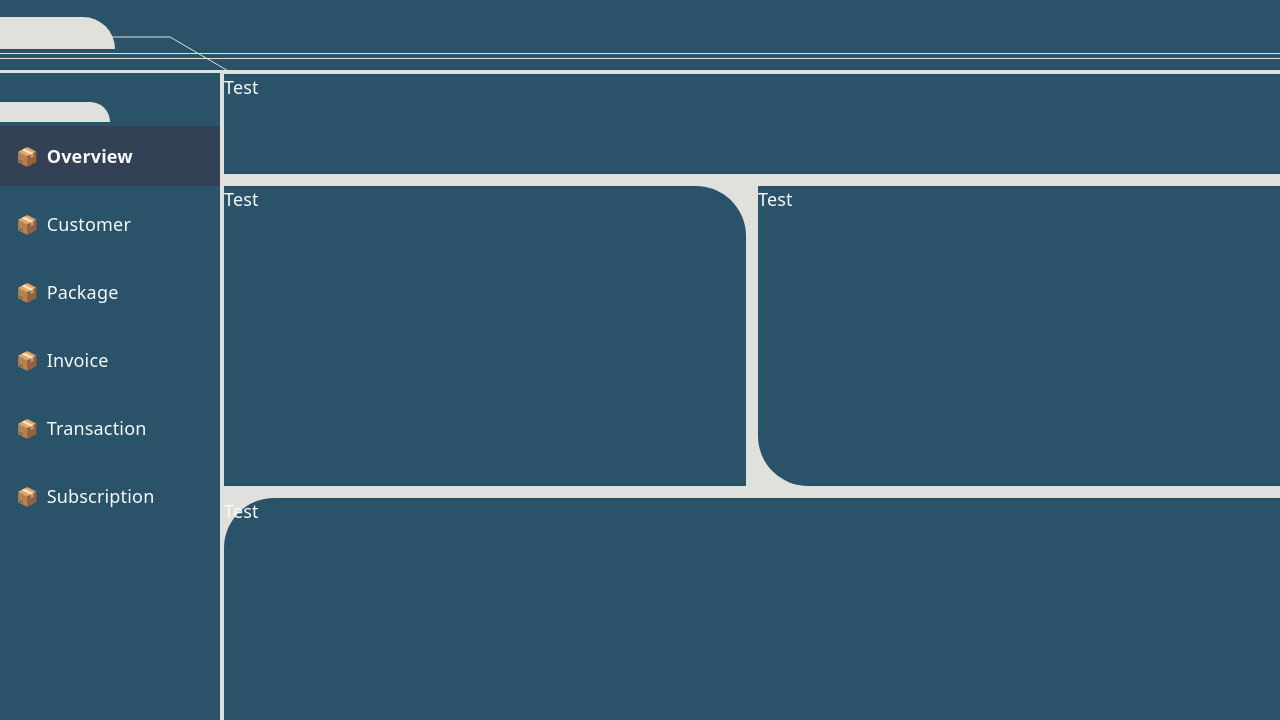
Repository: Farazdaq/stripe-payment-integration
Page: /dashboard (app in stripe-integration-react-dashboard/)
These files come from the project's save history. The page is drawn as it stood at one moment and after the next save; the edit follows.
The browser window is 1280 px wide. The pictures show the whole page.
An inner scrolling area shows only its first screen. The project was rebuilt for these pictures with package versions that can differ from the ones it lists, and the page was loaded fresh each time. Also part of the build but not shown: stripe-integration-react-dashboard/vite.config.ts, stripe-integration-react-dashboard/src/App.css, stripe-integration-react-dashboard/src/features/dashboard/pages/Customer.tsx, stripe-integration-react-dashboard/src/features/dashboard/pages/Package.tsx, stripe-integration-react-dashboard/src/features/dashboard/pages/Invoice.tsx, stripe-integration-react-dashboard/src/features/dashboard/pages/Transaction.tsx, stripe-integration-react-dashboard/src/features/dashboard/pages/Subscription.tsx.

Above is the page before, as saved 2026-05-12 16:55:33.

After the next save:
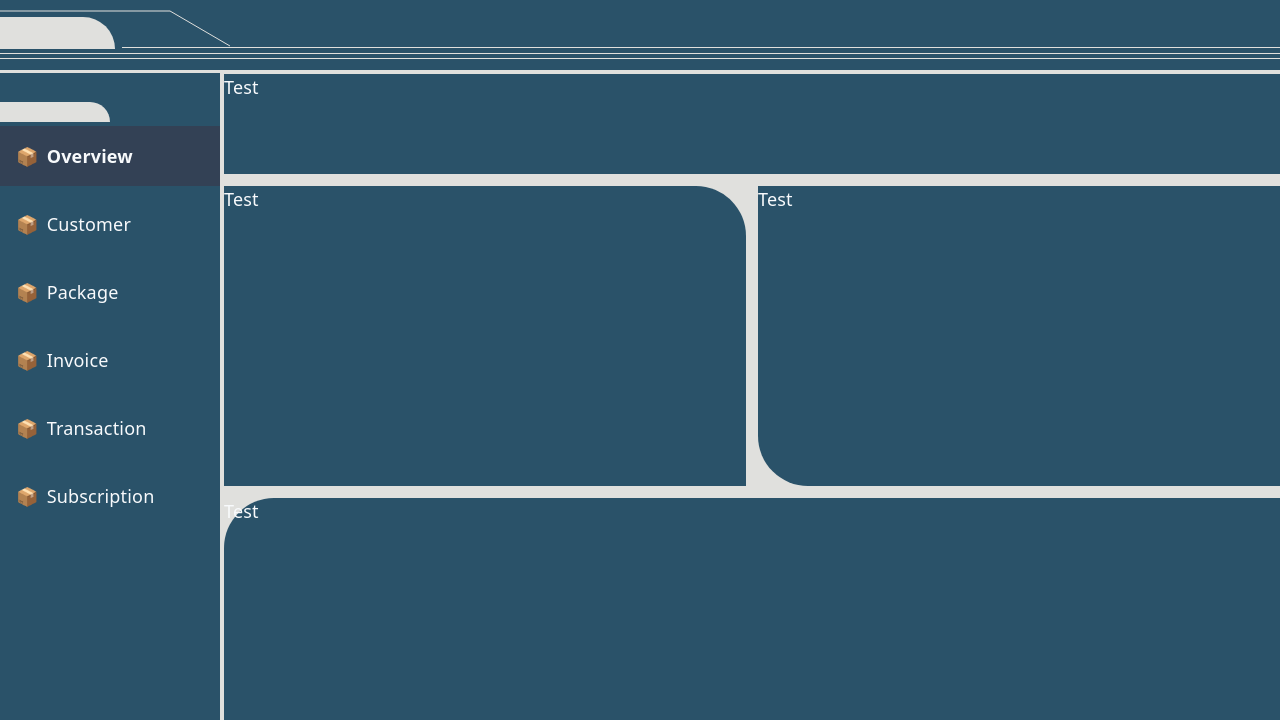
Saved 11 s later.
--- a/stripe-integration-react-dashboard/src/features/dashboard/layout/Navbar.tsx
+++ b/stripe-integration-react-dashboard/src/features/dashboard/layout/Navbar.tsx
@@ -19,8 +19,6 @@ export default function Navbar() {
         {/* FIX: Wrap angled divider in a fixed-height container */}
 
         <div style={{ height: "3px", overflow: "visible" }}>
-          <div></div>
-          <p>ATPAY</p>
           <LineDivider
             color="#E0E0DD"
             thickness="1px"
